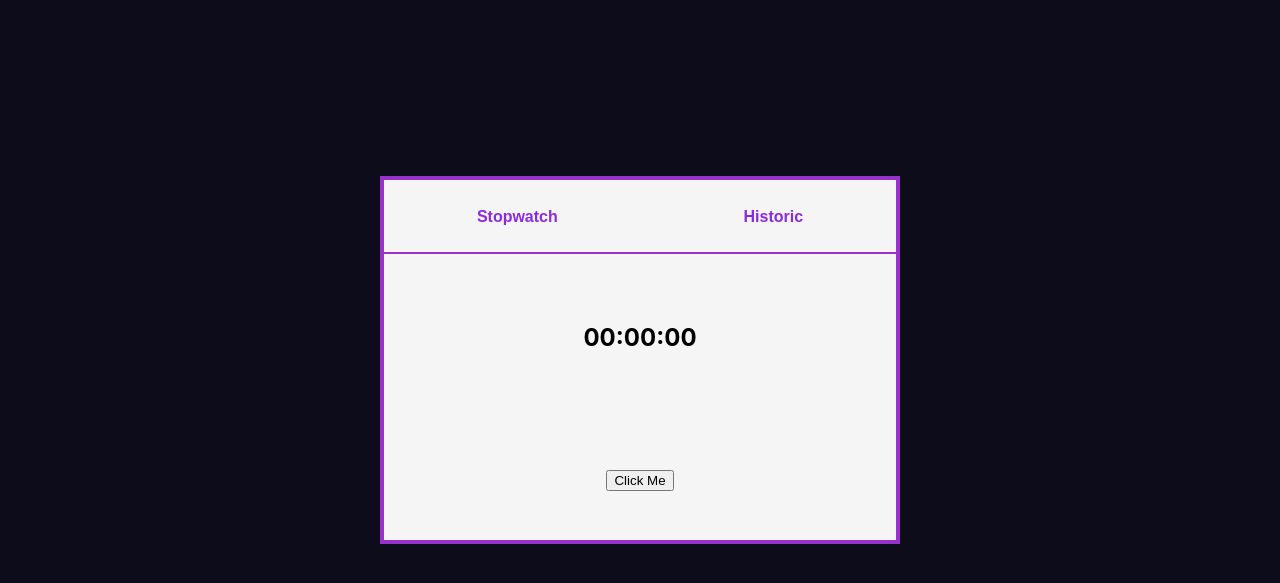
Repository: NicolasRSJ/fastdoubleclick
Page: /
These files come from the project's save history. The page is drawn as it stood at one moment and after the next save; the edit follows.
The browser window is 1280 px wide. The pictures show the whole page.
The project was rebuilt for these pictures with package versions that can differ from the ones it lists, and the page was loaded fresh each time.

Above is the page before, as saved 2022-10-27 20:38:11.

After the next save:
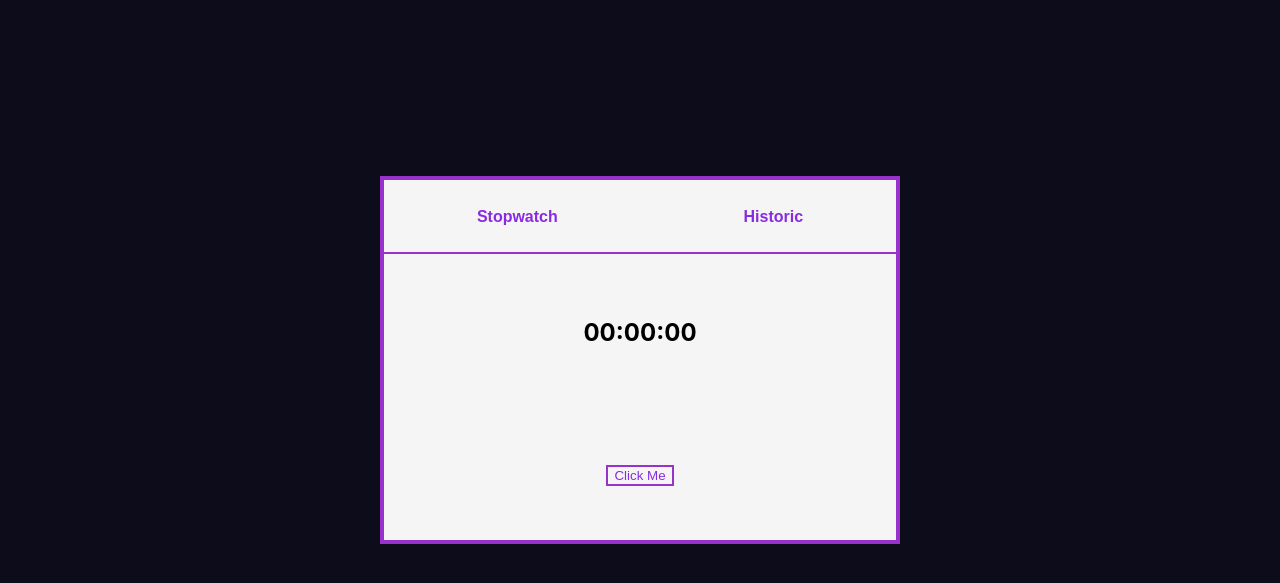
Saved 22 s later.
--- a/src/Views/Stopwatch/Index.css
+++ b/src/Views/Stopwatch/Index.css
@@ -33,7 +33,7 @@
     flex-direction: column;
 }
 
-.button {
+.contents button {
     border: 2px solid darkorchid;
     width: auto;
     height: auto;
